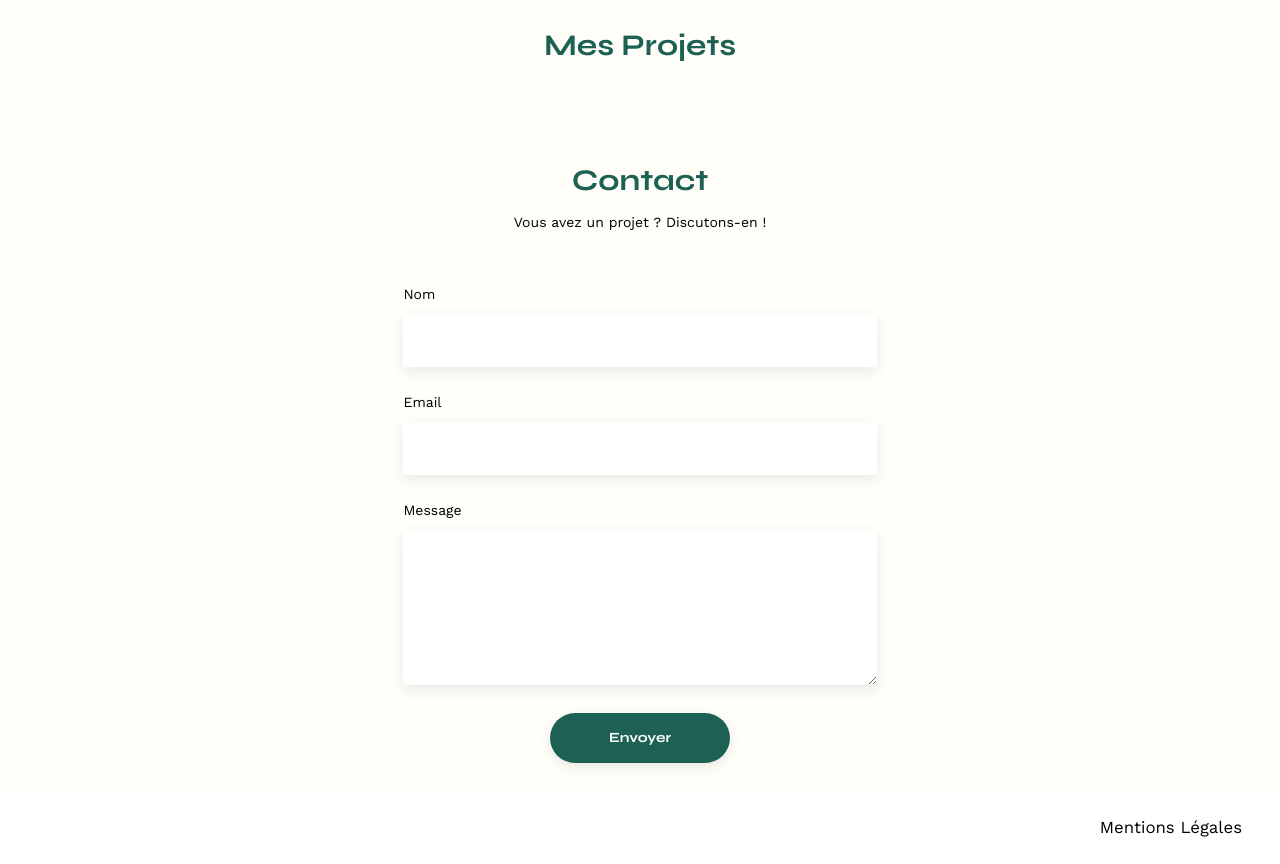
Repository: moopits/p6
Page: FrontEnd/index.html
The author's editor kept a copy of each file at every save. The page is drawn from the files as they stood at one save, then again after a run of saves.
The browser window is 1280 px wide. The pictures show the part of the page from y = 486 to 1366 px (the page is 1350 px tall before and 1366 px after).
A picture or video elsewhere on the page could not be fetched, so the positions and the page height are approximate. The page's requests for data from a server got no answer.

Above is the page before, as saved 2024-02-16 04:20:44.

After the next 3 saves:
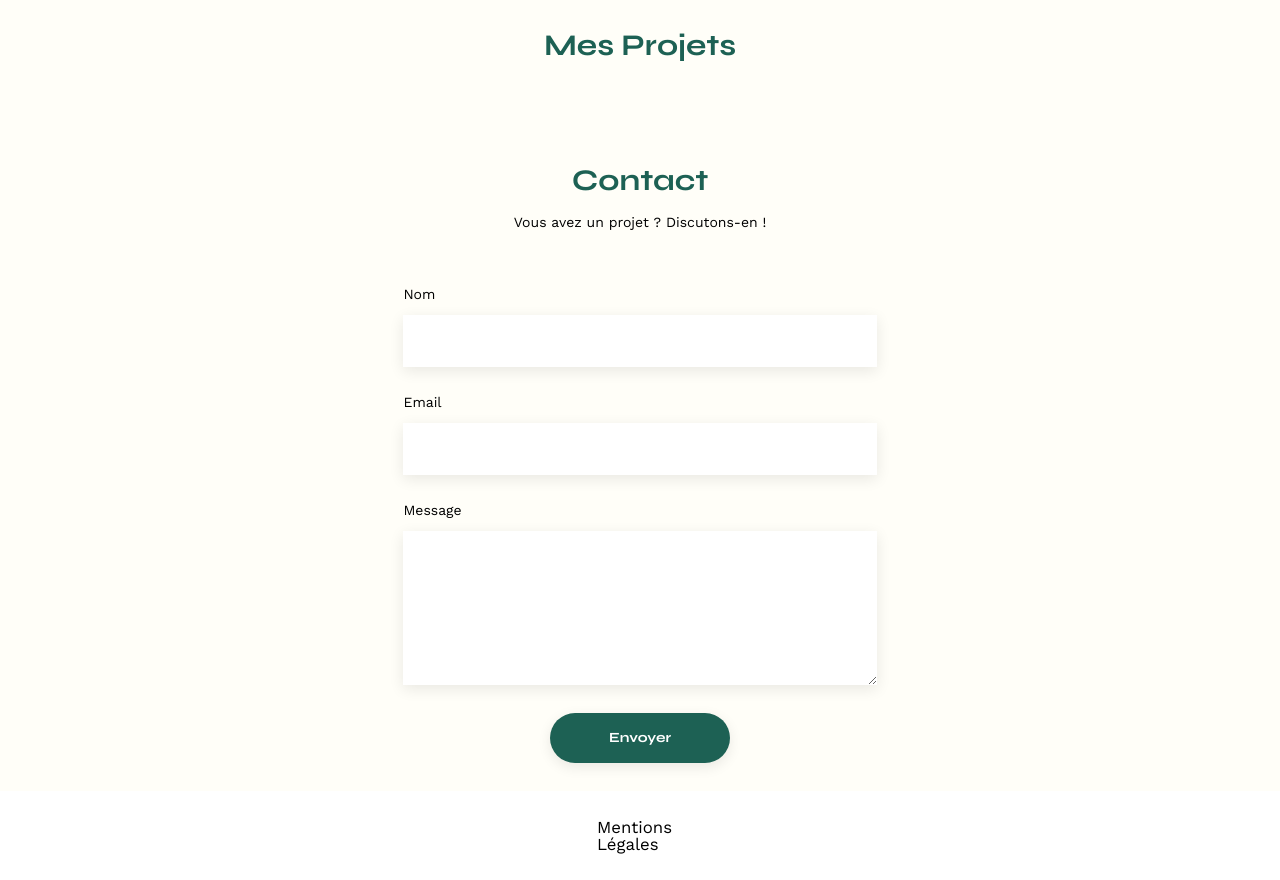
The 3 saves are shown as one change because they came seconds apart.
The last was saved 102 s later.
--- a/FrontEnd/assets/style.css
+++ b/FrontEnd/assets/style.css
@@ -447,7 +447,7 @@ header nav a {
 }
 
 .footer-nav {
-	width: 1440px;
+	width: 140px;
     display: flex;
     justify-content:flex-end;
     align-items: center;
